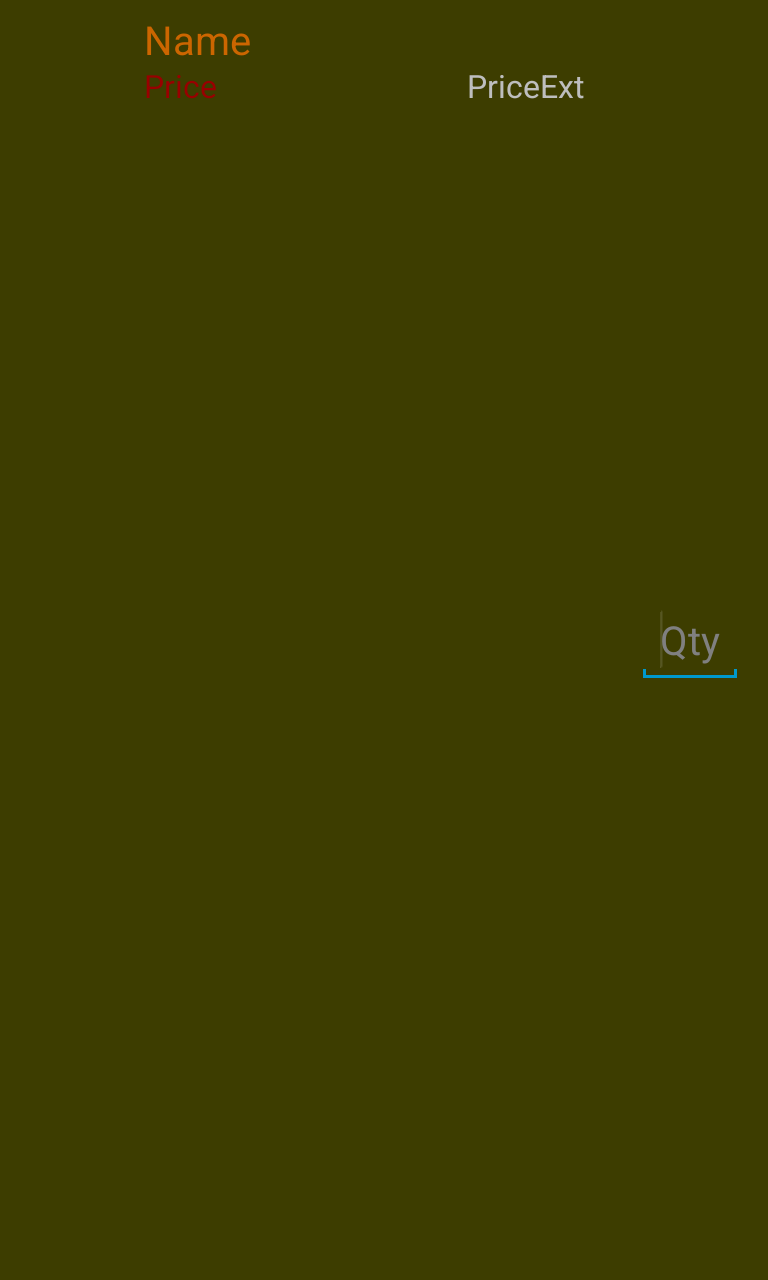
Repository: Adammdit/DT2283GUI
Layout: GunSmoke/res/layout/listrow_details.xml
An editor plug-in stored every save of this project. The layout is shown before and after the next save, followed by the edit.
It is drawn on a 768 x 1280 px phone screen (xhdpi) without system bars, with theme android:Theme.Holo; the app's code is not run.

Above is the layout before, as saved 2014-11-07 18:35:41.

### GunSmoke/res/layout/listrow_details.xml
<?xml version="1.0" encoding="utf-8"?>
<RelativeLayout xmlns:android="http://schemas.android.com/apk/res/android"
    android:layout_width="fill_parent"
    android:layout_height="wrap_content"
    android:orientation="vertical"
    android:background="#3D3D00"
    android:padding="6dip" >

    <ImageView
        android:id="@+id/weaponeImage"
        android:layout_width="60dip"
        android:layout_height="60dip"
        android:layout_alignParentLeft="true"
        android:layout_alignParentTop="true"
        android:layout_marginRight="6dip" />

    <TextView
        android:id="@+id/weaponeName"
        android:layout_width="wrap_content"
        android:layout_height="26dip"
        android:layout_toRightOf="@+id/weaponeImage"
     	android:textSize="20sp"
     	android:textColor="@color/name"
        android:text="Name" />

    <TextView
        android:id="@+id/weaponPrice"
        android:layout_width="wrap_content"
        android:layout_height="26dp"
        android:layout_below="@+id/weaponeName"
        android:layout_toRightOf="@+id/weaponeImage"
		android:textSize="16sp"
		android:textColor="@color/price"
		android:text="Price" />

    <TextView
        android:id="@+id/weaponExt"
        android:layout_width="wrap_content"
        android:layout_height="26dp"
        android:layout_below="@+id/weaponeName"
        android:layout_toLeftOf="@+id/qty"
        android:layout_marginRight="26dip"
        android:textSize="16sp"
        android:text="PriceExt" />


    <EditText
        android:id="@+id/qty"
        android:layout_width="wrap_content"
        android:layout_height="45dip"
        android:layout_alignParentRight="true"
        android:layout_centerVertical="true"
        android:layout_marginRight="6dip"
        android:textSize="20sp"
        android:hint="Qty"
        android:inputType="number" >
        <requestFocus />
    </EditText>
</RelativeLayout>

### GunSmoke/res/values/colors.xml
<?xml version="1.0" encoding="utf-8"?>
<resources>
	<color name="khaki">#663300</color>
	<color name="price">#990000</color>
	<color name="name">#CC6600</color>
</resources>

After the next save:
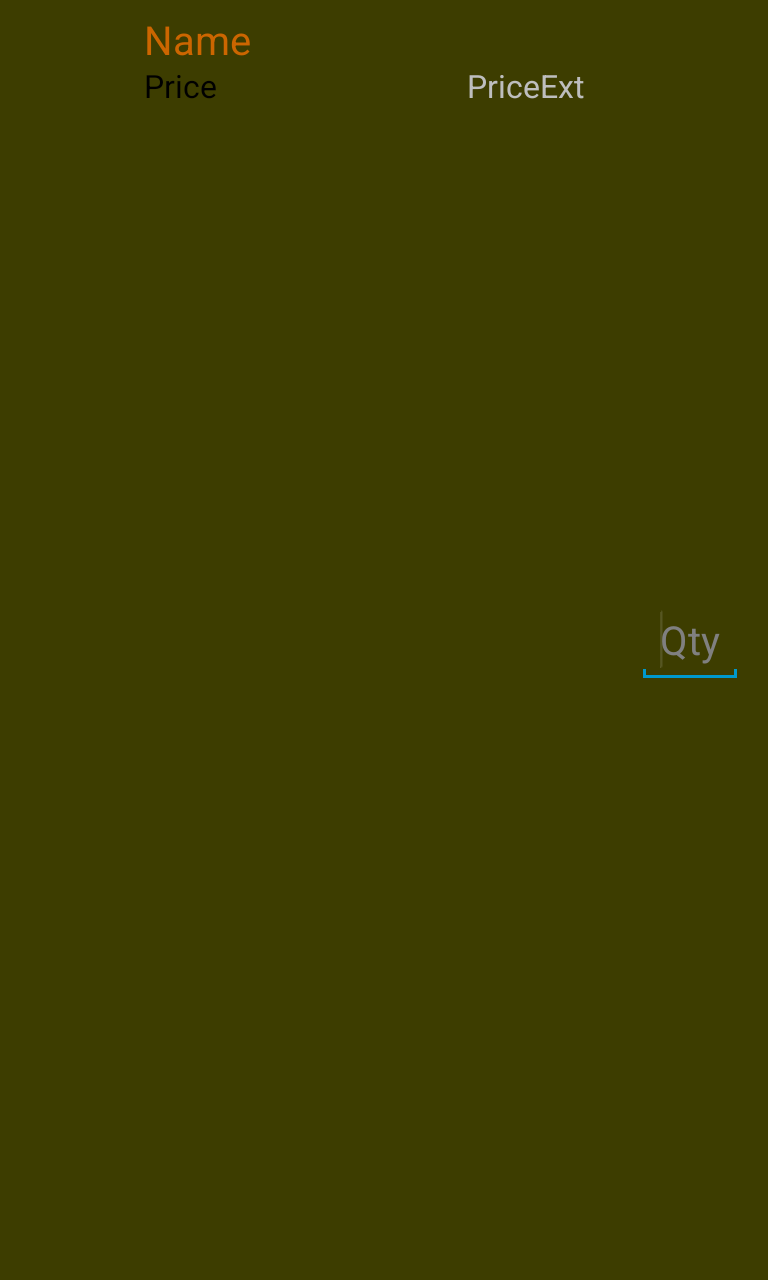
Saved 9 min 16 s later.
--- a/GunSmoke/res/values/colors.xml
+++ b/GunSmoke/res/values/colors.xml
@@ -1,6 +1,6 @@
 <?xml version="1.0" encoding="utf-8"?>
 <resources>
 	<color name="khaki">#663300</color>
-	<color name="price">#990000</color>
+	<color name="price">#000000</color>
 	<color name="name">#CC6600</color>
 </resources>
